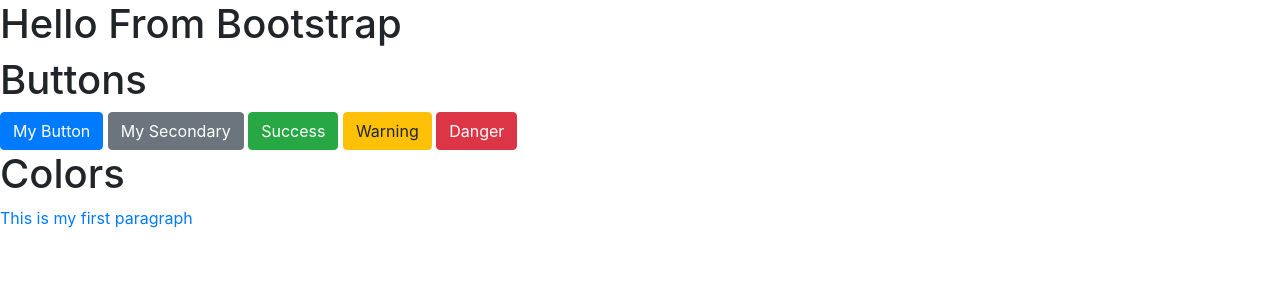
Repository: mohsinfarabi/bootstrap-practice
Page: index.html
These files come from the project's save history. The page is drawn as it stood at one moment and after the next save; the edit follows.
The browser window is 1280 px wide. The pictures show the whole page.

Above is the page before, as saved 2020-07-06 02:50:45.

After the next save:
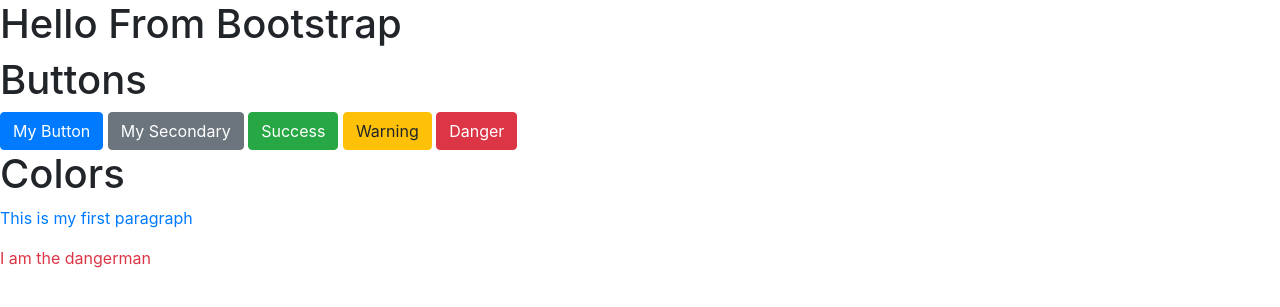
Saved 25 s later.
--- a/index.html
+++ b/index.html
@@ -19,6 +19,7 @@
 
     <h1>Colors</h1>
     <p class="text-primary">This is my first paragraph</p>
+    <p class="text-danger">I am the dangerman</p>
 </body>
 
 </html>
